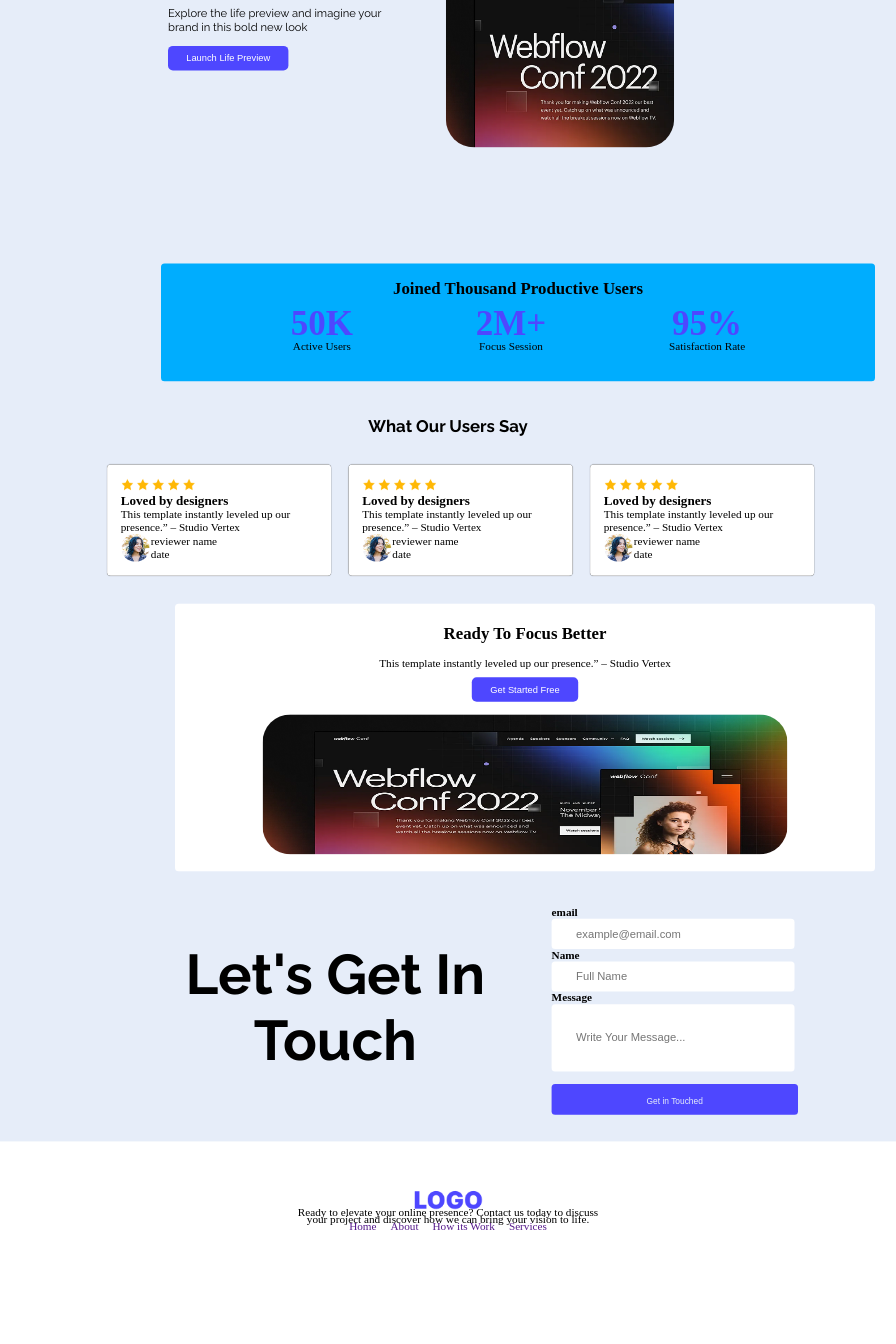
Repository: dollyrakhe22/landing-launchpad
Page: index.html
The author's editor kept a copy of each file at every save. The page is drawn from the files as they stood at one save, then again after the next save.
The browser window is 1280 px wide. The pictures show the part of the page from y = 822 to 2742 px (the page is 2742 px tall), at 70% of full size.

Above is the page before, as saved 2025-07-11 12:02:08.

### index.html
<!DOCTYPE html>
<html lang="en">
<head>
    <meta charset="UTF-8">
    <meta name="viewport" content="width=device-width, initial-scale=1.0">
    <title>Landing Launchpad</title>
    <link rel="preconnect" href="https://fonts.googleapis.com">
    <link rel="preconnect" href="https://fonts.googleapis.com">
<link rel="preconnect" href="https://fonts.gstatic.com" crossorigin>
<link href="https://fonts.googleapis.com/css2?family=Inter:ital,opsz,wght@0,14..32,100..900;1,14..32,100..900&family=Open+Sans:ital,wght@0,300..800;1,300..800&family=Raleway:ital,wght@0,100..900;1,100..900&display=swap" rel="stylesheet">
    <link rel="stylesheet" href="style.css">
   </head>
   <body>
    <header>

        <nav>
         <h2 class="inter-normal">LOGO</h2>
            <a href="#"><button>sign up</button></a>
        </nav>
        <div class="banner-section">
             <h1 class="raleway-normal" >Cool Dark UI Template for <br>Webflow Agencies</h1><br>
            <a href=""><button class="button-container">stay focused</button></a>
        </div>
    </header>
    <main>
           <!--action-container--->
           <div class="section-1">
            <div >
                <h3 class="raleway-normal">See It in Action</h3><br>
                <p class="raleway-normal" >Explore the life preview and imagine your<br>brand in this bold new look</p><br>
                 <a href=""><button class="button-container">Launch Life Preview</button></a>
                 </div>
                <div>
                     <img src="Assets/wc-mini.png" weight="90%"height="80%"
                     alt="" srcset="">
                </div>
            </div>
           <!--Users-Section-->
           <section class="users-container">
            <h1>Joined Thousand Productive Users</h1>
            <div class="contain">
                 <div>
                <h1>50K</h1>
                <p>Active Users</p>
            </div>
            <div>
                <h1>2M+</h1>
                <p>Focus Session</p>
            </div>
            <div>
                <h1>95%</h1>
                <p>Satisfaction Rate</p>
            </div>
            </div>


           </section>
            <!--Review-Card-->
            <section class="review-card">
                <h1 class="raleway-normal">What Our Users Say</h1>
                <div class="review-box">


                    <div class="box-1">
                 <div class="stars">
                   <img src="Assets/icon-star.png" alt="" srcset="">
                   <img src="Assets/icon-star.png" alt="" srcset="">
                   <img src="Assets/icon-star.png" alt="" srcset="">
                   <img src="Assets/icon-star.png" alt="" srcset="">
                   <img src="Assets/icon-star.png" alt="" srcset="">
                </div>
                <h3>Loved by designers</h3>
                <p>This template instantly leveled up our<br> presence.” – Studio Vertex</p>
                <div class="avater">
                <div class="user-details">
                    <img src="Assets/avatar.png" alt="" srcset="">

                <p>reviewer name<br>date</p>

                </div>
                </div>

               </div>

                <div class="box-1">
                     <div class="stars">
                   <img src="Assets/icon-star.png" alt="" srcset="">
                   <img src="Assets/icon-star.png" alt="" srcset="">
                   <img src="Assets/icon-star.png" alt="" srcset="">
                   <img src="Assets/icon-star.png" alt="" srcset="">
                   <img src="Assets/icon-star.png" alt="" srcset="">
                </div>
                <h3>Loved by designers</h3>
                <p>This template instantly leveled up our<br> presence.” – Studio Vertex</p>
                <div class="avater">
                <div class="user-details">
                    <img src="Assets/avatar.png" alt="" srcset="">

                <p>reviewer name<br>date</p>

                </div>
                </div>
                </div>



                <div class="box-1">
                         <div class="stars">
                   <img src="Assets/icon-star.png" alt="" srcset="">
                   <img src="Assets/icon-star.png" alt="" srcset="">
                   <img src="Assets/icon-star.png" alt="" srcset="">
                   <img src="Assets/icon-star.png" alt="" srcset="">
                   <img src="Assets/icon-star.png" alt="" srcset="">
                </div>
                <h3>Loved by designers</h3>
                <p>This template instantly leveled up our<br> presence.” – Studio Vertex</p>
                <div class="avater">
                <div class="user-details">
                    <img src="Assets/avatar.png" alt="" srcset="">

                <p>reviewer name<br>date</p>

                </div>
                </div>
                </div>
                </div>
            </section>
<!--Focus-Section-->
<section class="focus-container">
        <div>
            <h1>Ready To Focus Better</h1>
            <p>This template instantly leveled up our presence.” – Studio Vertex</p>
            <a href=""><button class="button-container">Get Started Free</button></a>
        </div>
        <br>
        <div>
            <img src="Assets/wc-big.png" alt="" srcset="">
        </div>





</section>

<section>
 <div>
    <div class="lets">
        <h1 class="raleway-normal">Let's Get In<br>Touch</h1>
  <div class="wrapper">
    <div class="input-data">
        <h4>email</h4>
        <input type="email" placeholder="example@email.com"><br>
       <h4>Name</h4>
       <input type="name" placeholder="Full Name"><br>
          <h4>Message</h4>
        <input type="text" placeholder="Write Your Message..." class="input-message"><br><br>
          <input type="button" value="Get in Touched" class="input-button">

    </div>

  </div>
    </div>
 </div>
</section>
    </main>
    <footer>
<div class="footer-header">

           <div>
            <img src="Assets/LOGO.png" alt="" srcset="">
           </div>

            <p>Ready to elevate your online presence? Contact us today to discuss<br>
                 your project and discover how we can bring your vision to life.</p>

              <div class="footer-list-container">
                 <ul class="list">
                  <li><a href="">Home</a></li>
                  <li><a href="">About</a></li>
                  <li><a href="">How its Work</a></li>
                  <li><a href="">Services</a></li>



                 </ul>
              </div>




</div>

    </footer>
</body>
</html>

### style.css
*{
    padding: 0;
    margin: 0;
}
body{
    background-color:#E6EDF9 ;
}

.inter-normal {
  font-family: "Inter", sans-serif;
  font-optical-sizing: auto;
  font-style: normal;
}
header{
    background-image: url("Assets/Hero-bg.png");


}
/*nav style*/
h2{
    color:#4E47FF;
   font-weight:bolder;


}
nav{
    display: flex;
    justify-content: space-between;
    padding: 70px;
}
nav button{
    text-decoration: none;
    padding: 10px 25px;
    background-color:#4E47FF ;
    color:white;
    border-radius: 5px;
    border: none;


}

.raleway-normal{
  font-family: "Raleway", sans-serif;
  font-optical-sizing: auto;
  font-style: normal;
}
.banner-section{
    text-align: center;
    padding: 90px;
}
.banner-section h1{
    font-weight: bolder;
    font-size: 50px;
}
.button-container{
     padding: 10px 26px;
    background-color:#4E47FF ;
    color:white;
    border-radius: 7px;
    border: none;

}
/*action-container*/

.section-1{
    display: flex;
    justify-content: space-between;
    padding: 50px;
    margin: 190px;

}
.section-1 h3{
    font-size: 40px;
}
.section-1  p{

}
.section-1 img{
    border-radius: 40px;


}
/*Users- Section*/
.users-container{

    text-align: center;
    border: none;
    background-color: #00ADFE;
    max-width: 1000px;
    padding:10px;
    margin: 0px 0px 0px 230px;
    margin-bottom: 50px;
    margin-top: -140px;
    border-radius: 5px;


}
.users-container h1{
    line-height: 50px;
}
.contain{
    display: flex;
    justify-content: center;
    justify-content: space-evenly;
    margin-bottom: 30px;



}
.contain h1{
    color: #4E47FF ;
    font-weight: bold;
    font-size: 50px;

}
/*Review-Card*/

   .box-1{
    border: none;
    width:280px;
    padding: 20px;
    margin-right: 5px;
    background-color:#ffff;
    border-radius: 5px;
    box-shadow: 0px 0px 1px 0px;

   }
.review-box{
    display: flex;
    justify-content: center;
    gap: 20px;
    margin: 40px 0px 40px 40px;


}

.review-card h1{
    text-align: center;
}
.user-details img{
    border-radius: 50%;
}
.user-details{
    display: flex;
    align-items: center;
    gap:2px;
}

/*Focus-Section*/
.focus-container{
    text-align: center;
    margin-bottom: 50px;
    border: none;
    margin-left: 250px;
    padding: 20px 10px 20px 10px;
    width: 980px;
    background-color:#ffff ;
    border-radius: 5px;



}
.focus-container h1 {
    line-height: 45px;
}
.focus-container p{
    line-height: 40px;
}
.focus-container img{
    width: 750px;
    height: 200px;
    border-radius: 40px;
}
.lets{
    display: flex;
    justify-content: center;
    margin-bottom: 40px;
    margin: 48px 170px;
    justify-content: space-evenly;
}
.lets h1{
        text-align: center;
        margin: 50px;
        font-size: 80px;
        font-weight: bold;
}
.wrapper .input-data{
    height: 0px;
    width: 100%;
}
input{
    width: 100%;
    border: none;
    height: 7px;
    font-size: 16px;
    outline: none;
    padding: 18px 35px;
    border-radius: 5px;
    background-color: #ffff;
}
.input-message{
    height: 60px;
    width: 100%;
    border: none;
     background-color: #ffff;

}
.input-button{
    background-color: #4E47FF;
    padding-bottom: 26px;
    width:127%;
    color:#E6EDF9;
    font-size: 12px;


}
/*--footer-Section--*/
footer{
         height: 290px;
         background-color:#ffff ;

}
.footer-header{
    text-align: center;
    padding: 70px;
    line-height: 10px;

}
.footer-list-container ul li{
        list-style: none;
        text-decoration: none;
        display: flex;
        justify-content: center;
}
.footer-list-container ul li a{
    text-decoration: none;

}
.footer-list-container .list{
    display: flex;
    justify-content: center;
    gap: 20px;
}

After the next save:
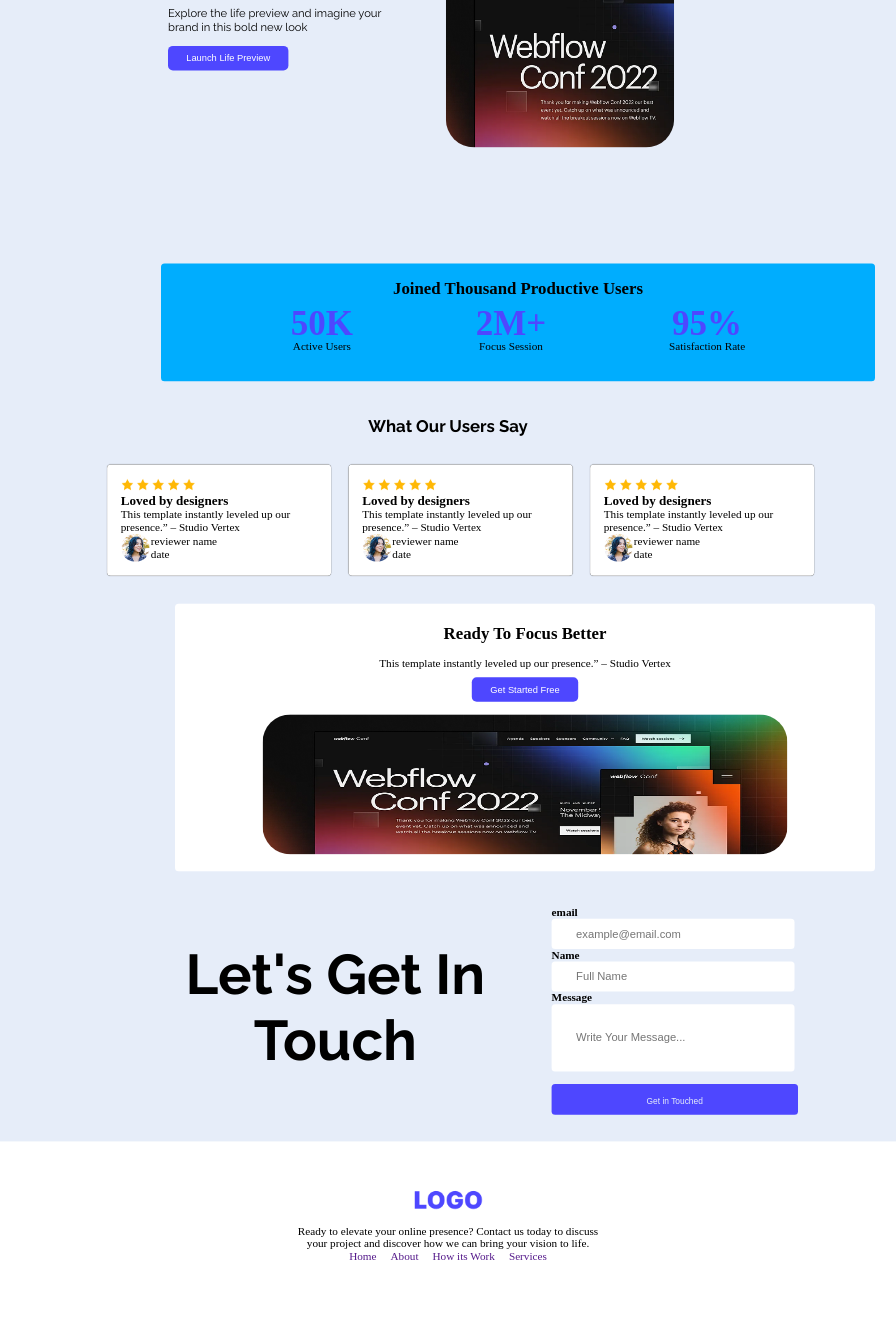
Saved 70 s later.
--- a/index.html
+++ b/index.html
@@ -169,7 +169,7 @@
 
            <div>
             <img src="Assets/LOGO.png" alt="" srcset="">
-           </div>
+           </div><br>
 
             <p>Ready to elevate your online presence? Contact us today to discuss<br>
                  your project and discover how we can bring your vision to life.</p>
--- a/style.css
+++ b/style.css
@@ -223,7 +223,7 @@
 .footer-header{
     text-align: center;
     padding: 70px;
-    line-height: 10px;
+
 
 }
 .footer-list-container ul li{
